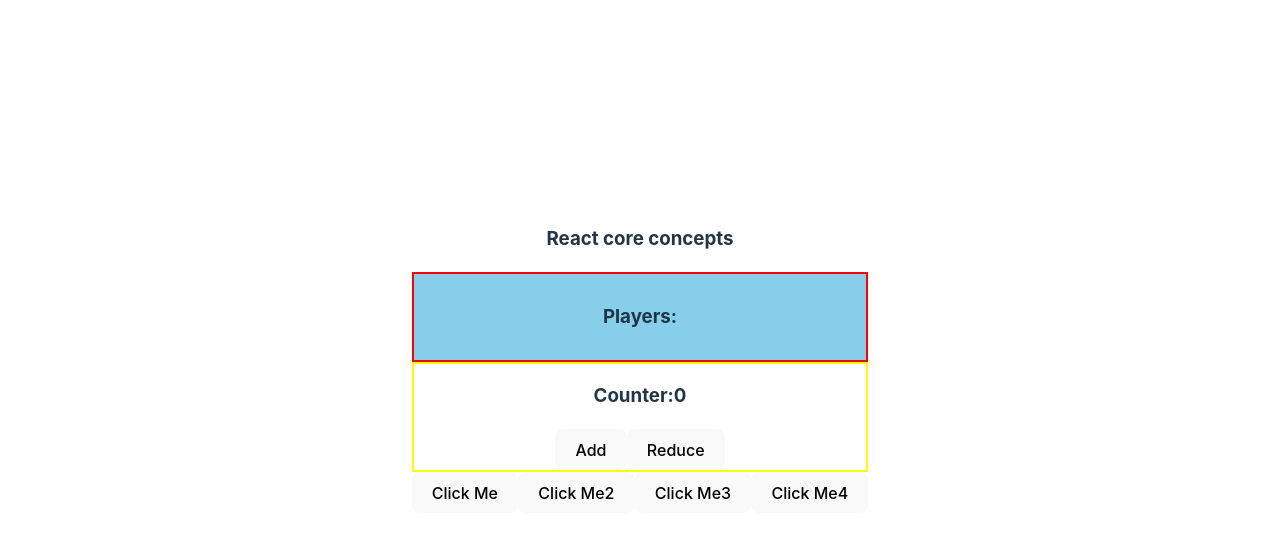
Repository: sumonkumarsarkar/my-project3-react
Page: /
The author's editor kept a copy of each file at every save. The page is drawn from the files as they stood at one save, then again after a run of saves.
The browser window is 1280 px wide. The pictures show the whole page.
The project was rebuilt for these pictures with package versions that can differ from the ones it lists, and the page was loaded fresh each time. Also part of the build but not shown: vite.config.js.

Above is the page before, as saved 2024-03-10 21:56:51.

After the next 3 saves:
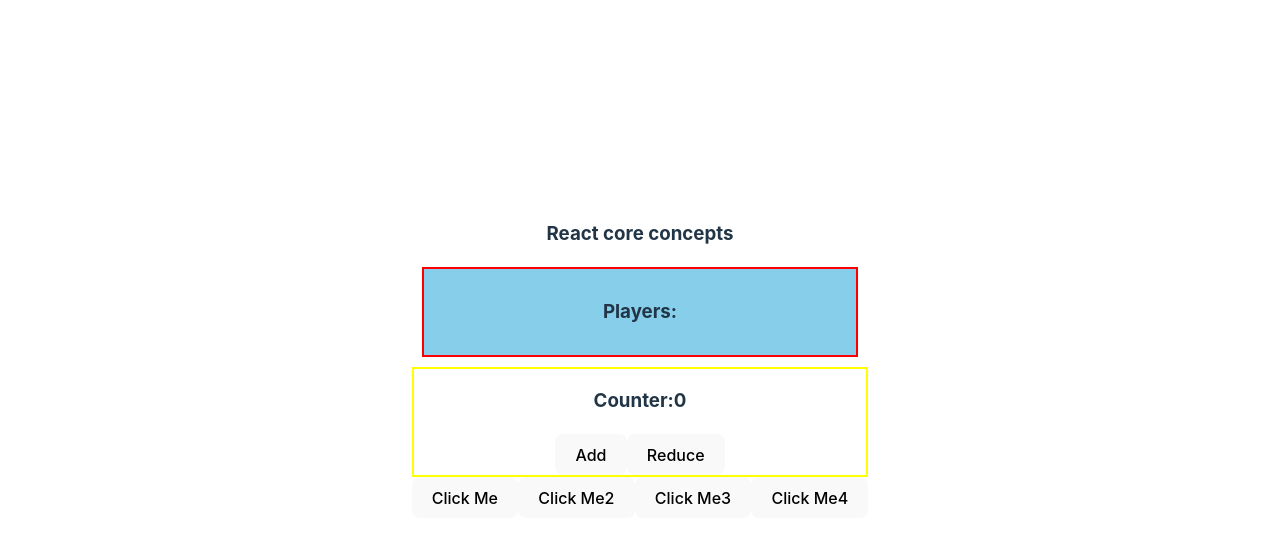
The 3 saves are shown as one change because 2 did not build or start.
The last was saved 38 s later.
--- a/src/Team.jsx
+++ b/src/Team.jsx
@@ -5,7 +5,8 @@ export default function Team(){
         border:'2px solid red',
         background:'skyblue',
         borderRadious:'10px',
-        padding:'10px'
+        padding:'10px',
+        margin:'10px'
     }
     return(
         <div style={teamStyle}>
